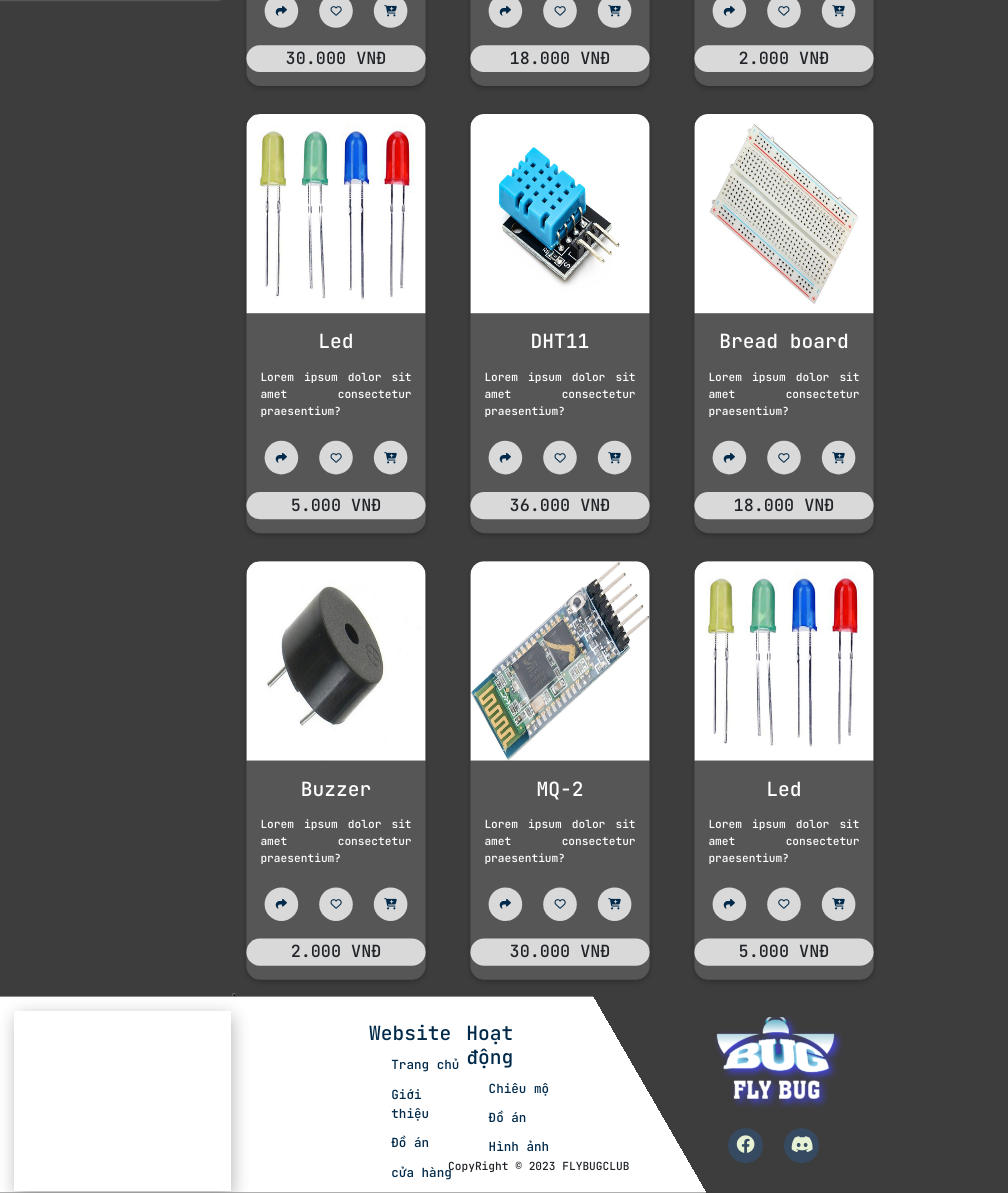
Repository: NQD2308/FlyBugClub_WebApp
Page: PROJECT FLYNUG/html/store.html
These files come from the project's save history. The page is drawn as it stood at one moment and after the next save; the edit follows.
The browser window is 1280 px wide. The page is 1440 px wide, so the pictures cover 1440 px, including what lies to the right of the window. The pictures show the part of the page from y = 974 to 2694 px (the page is 2678 px tall before and 2694 px after), at 70% of full size.
Pictures or frames that could not be fetched are drawn as grey boxes.

Above is the page before, as saved 2023-09-18 11:44:50.

### PROJECT FLYNUG/html/store.html
<html lang="en">

<head>
    <meta charset="UTF-8">
    <meta name="viewport" content="width=device-width, initial-scale=1.0">
    <title>Document</title>

    <!-- Bootrap 5 -->
    <link href="https://cdn.jsdelivr.net/npm/bootstrap@5.0.2/dist/css/bootstrap.min.css" rel="stylesheet" integrity="sha384-EVSTQN3/azprG1Anm3QDgpJLIm9Nao0Yz1ztcQTwFspd3yD65VohhpuuCOmLASjC" crossorigin="anonymous">

    <!-- Font awesome -->
    <link rel="stylesheet" href="https://cdnjs.cloudflare.com/ajax/libs/font-awesome/6.4.2/css/all.min.css" integrity="sha512-z3gLpd7yknf1YoNbCzqRKc4qyor8gaKU1qmn+CShxbuBusANI9QpRohGBreCFkKxLhei6S9CQXFEbbKuqLg0DA==" crossorigin="anonymous" referrerpolicy="no-referrer" />

    <!-- CSS -->
    <link rel="stylesheet" href="../css/style.css">
    <!-- Reset -->
    <link rel="stylesheet" href="../css/default_setting.css">

    <!-- JetBrains Mono font -->
    <link rel="preconnect" href="https://fonts.googleapis.com">
    <link rel="preconnect" href="https://fonts.gstatic.com" crossorigin>
    <link
        href="https://fonts.googleapis.com/css2?family=JetBrains+Mono:ital,wght@0,300;0,500;0,600;0,700;0,800;1,400&display=swap"
        rel="stylesheet">
</head>

<body>
    <!-- ========================
                #HEADER
        ========================-->
    <header>
        <div class="nav">
            <div class="nav__links">
                <ul class="nav__links-left">
                    <li><a class="active" href="#">Trang chủ</a></li>
                    <li><a href="#">Giới thiệu</li>
                    <li><a href="#">Đồ án</a></li>
                    <li><a href="#">Cửa hàng</a></li>
                </ul>
            </div>
            <div class="logo">
                <img src="../img/logo.png" alt="FlyBug logo">
            </div>
            <div class="nav__links">
                <ul class="nav__links-right">
                    <li><a href="#">Hình ảnh</a></li>
                    <li><a href="#">Chiêu mộ</a></li>
                    <li class="login"><a href="#">Đăng nhập</a></li>
                    <li class="login-Img">
                        <a href="#"><img src="../img/user.png" alt=""></a>
                    </li>
                </ul>
            </div>
        </div>
        <div class="text-logo">
            <img  src="../img/FLYBUG CLUB.png" alt="Photo logo">
        </div>
    </header>

    <section class="body">
        <div class="container">
            <div class="row">
                <div class="col col-md-3 left">
                    <div class="search">
                        <div class="store-note">
                            <p>Lorem ipsum dolor sit amet consectetur adipisicing elit. Dolorem placeat nobis aliquid culpa quasi vero ipsam pariatur quidem ex error, unde expedita minus aspernatur quos nihil, ad assumenda repellat alias.</p>
                        </div>
                        <div class="center">
                            <svg xmlns="http://www.w3.org/2000/svg" width="261" height="4" viewBox="0 0 261 4" fill="none">
                                <path d="M1 2.96216L260.993 0.99995" stroke="#3D3D3D" stroke-opacity="0.8"/>
                            </svg>
                        </div>
                        <div class="shopping-function">
                            <p>Kiểm tra giỏ hàng</p>
                            <div class="center ">
                                <button class="icon-shopping">
                                    <a href="#">
                                        <i class="fa-solid fa-cart-shopping"></i>
                                    </a>
                                </button>
                            </div>
                            <p>Hoặc tìm kiếm sản phẩm</p>
                            <div class="center">
                                <input type="text" placeholder="Tìm kiếm...">
                            </div>
                        </div>
                    </div>
                </div>
                <div class="col col-md-9 right">
                    <div class="store">
                        <h1>Cửa hàng</h1>
                        <div class="item-store">
                            <div class="row">
                                <div class="col col-md-4">
                                    <div class="item-card">
                                        <img src="../img/bluth.jpg" alt="Photo item store">
                                        <h3>MQ-2</h3>
                                        <p>Lorem ipsum dolor sit amet consectetur praesentium?</p>
                                        <div class="center icon-card">
                                            <button class="icon icon-share">
                                                <a href="#">
                                                    <i class="fa-solid fa-share"></i>
                                                </a>
                                            </button>
                                            <button class="icon icon-love">
                                                <a href="#">
                                                    <i class="fa-regular fa-heart"></i>
                                                </a>
                                            </button>
                                            <button class="icon icon-share">
                                                <a href="#">
                                                    <i class="fa-solid fa-cart-plus"></i>
                                                </a>
                                            </button>
                                        </div>
                                        <div class="center item-price">
                                            <h2>30.000 VNĐ</h2>
                                        </div>
                                    </div>
                                </div>
                                <div class="col col-md-4">
                                    <div class="item-card">
                                        <img src="../img/breadboard.jpg" alt="Photo item store">
                                        <h3>Bread board</h3>
                                        <p>Lorem ipsum dolor sit amet consectetur praesentium?</p>
                                        <div class="center icon-card">
                                            <button class="icon icon-share">
                                                <a href="#">
                                                    <i class="fa-solid fa-share"></i>
                                                </a>
                                            </button>
                                            <button class="icon icon-love">
                                                <a href="#">
                                                    <i class="fa-regular fa-heart"></i>
                                                </a>
                                            </button>
                                            <button class="icon icon-share">
                                                <a href="#">
                                                    <i class="fa-solid fa-cart-plus"></i>
                                                </a>
                                            </button>
                                        </div>
                                        <div class="center item-price">
                                            <h2>18.000 VNĐ</h2>
                                        </div>
                                    </div>
                                </div>
                                <div class="col col-md-4">
                                    <div class="item-card">
                                        <img src="../img/buzzer.jpg" alt="Photo item store">
                                        <h3>Buzzer</h3>
                                        <p>Lorem ipsum dolor sit amet consectetur praesentium?</p>
                                        <div class="center icon-card">
                                            <button class="icon icon-share">
                                                <a href="#">
                                                    <i class="fa-solid fa-share"></i>
                                                </a>
                                            </button>
                                            <button class="icon icon-love">
                                                <a href="#">
                                                    <i class="fa-regular fa-heart"></i>
                                                </a>
                                            </button>
                                            <button class="icon icon-share">
                                                <a href="#">
                                                    <i class="fa-solid fa-cart-plus"></i>
                                                </a>
                                            </button>
                                        </div>
                                        <div class="center item-price">
                                            <h2>2.000 VNĐ</h2>
                                        </div>
                                    </div>
                                </div>
                                <div class="col col-md-4">
                                    <div class="item-card">
                                        <img src="../img/led.jpg" alt="Photo item store">
                                        <h3>Led</h3>
                                        <p>Lorem ipsum dolor sit amet consectetur praesentium?</p>
                                        <div class="center icon-card">
                                            <button class="icon icon-share">
                                                <a href="#">
                                                    <i class="fa-solid fa-share"></i>
                                                </a>
                                            </button>
                                            <button class="icon icon-love">
                                                <a href="#">
                                                    <i class="fa-regular fa-heart"></i>
                                                </a>
                                            </button>
                                            <button class="icon icon-share">
                                                <a href="#">
                                                    <i class="fa-solid fa-cart-plus"></i>
                                                </a>
                                            </button>
                                        </div>
                                        <div class="center item-price">
                                            <h2>5.000 VNĐ</h2>
                                        </div>
                                    </div>
                                </div>
                                <div class="col col-md-4">
                                    <div class="item-card">
                                        <img src="../img/dht11.jpg" alt="Photo item store">
                                        <h3>DHT11</h3>
                                        <p>Lorem ipsum dolor sit amet consectetur praesentium?</p>
                                        <div class="center icon-card">
                                            <button class="icon icon-share">
                                                <a href="#">
                                                    <i class="fa-solid fa-share"></i>
                                                </a>
                                            </button>
                                            <button class="icon icon-love">
                                                <a href="#">
                                                    <i class="fa-regular fa-heart"></i>
                                                </a>
                                            </button>
                                            <button class="icon icon-share">
                                                <a href="#">
                                                    <i class="fa-solid fa-cart-plus"></i>
                                                </a>
                                            </button>
                                        </div>
                                        <div class="center item-price">
                                            <h2>36.000 VNĐ</h2>
                                        </div>
                                    </div>
                                </div>
                                <div class="col col-md-4">
                                    <div class="item-card">
                                        <img src="../img/breadboard.jpg" alt="Photo item store">
                                        <h3>Bread board</h3>
                                        <p>Lorem ipsum dolor sit amet consectetur praesentium?</p>
                                        <div class="center icon-card">
                                            <button class="icon icon-share">
                                                <a href="#">
                                                    <i class="fa-solid fa-share"></i>
                                                </a>
                                            </button>
                                            <button class="icon icon-love">
                                                <a href="#">
                                                    <i class="fa-regular fa-heart"></i>
                                                </a>
                                            </button>
                                            <button class="icon icon-share">
                                                <a href="#">
                                                    <i class="fa-solid fa-cart-plus"></i>
                                                </a>
                                            </button>
                                        </div>
                                        <div class="center item-price">
                                            <h2>18.000 VNĐ</h2>
                                        </div>
                                    </div>
                                </div>
                                <div class="col col-md-4">
                                    <div class="item-card">
                                        <img src="../img/buzzer.jpg" alt="Photo item store">
                                        <h3>Buzzer</h3>
                                        <p>Lorem ipsum dolor sit amet consectetur praesentium?</p>
                                        <div class="center icon-card">
                                            <button class="icon icon-share">
                                                <a href="#">
                                                    <i class="fa-solid fa-share"></i>
                                                </a>
                                            </button>
                                            <button class="icon icon-love">
                                                <a href="#">
                                                    <i class="fa-regular fa-heart"></i>
                                                </a>
                                            </button>
                                            <button class="icon icon-share">
                                                <a href="#">
                                                    <i class="fa-solid fa-cart-plus"></i>
                                                </a>
                                            </button>
                                        </div>
                                        <div class="center item-price">
                                            <h2>2.000 VNĐ</h2>
                                        </div>
                                    </div>
                                </div>
                                <div class="col col-md-4">
                                    <div class="item-card">
                                        <img src="../img/bluth.jpg" alt="Photo item store">
                                        <h3>MQ-2</h3>
                                        <p>Lorem ipsum dolor sit amet consectetur praesentium?</p>
                                        <div class="center icon-card">
                                            <button class="icon icon-share">
                                                <a href="#">
                                                    <i class="fa-solid fa-share"></i>
                                                </a>
                                            </button>
                                            <button class="icon icon-love">
                                                <a href="#">
                                                    <i class="fa-regular fa-heart"></i>
                                                </a>
                                            </button>
                                            <button class="icon icon-share">
                                                <a href="#">
                                                    <i class="fa-solid fa-cart-plus"></i>
                                                </a>
                                            </button>
                                        </div>
                                        <div class="center item-price">
                                            <h2>30.000 VNĐ</h2>
                                        </div>
                                    </div>
                                </div>
                                <div class="col col-md-4">
                                    <div class="item-card">
                                        <img src="../img/led.jpg" alt="Photo item store">
                                        <h3>Led</h3>
                                        <p>Lorem ipsum dolor sit amet consectetur praesentium?</p>
                                        <div class="center icon-card">
                                            <button class="icon icon-share">
                                                <a href="#">
                                                    <i class="fa-solid fa-share"></i>
                                                </a>
                                            </button>
                                            <button class="icon icon-love">
                                                <a href="#">
                                                    <i class="fa-regular fa-heart"></i>
                                                </a>
                                            </button>
                                            <button class="icon icon-share">
                                                <a href="#">
                                                    <i class="fa-solid fa-cart-plus"></i>
                                                </a>
                                            </button>
                                        </div>
                                        <div class="center item-price">
                                            <h2>5.000 VNĐ</h2>
                                        </div>
                                    </div>
                                </div>
                            </div>
                        </div>
                        <div class="pagination">
                            <button class="btn1"></button>
                        </div>
                    </div>
                </div>
            </div>
        </div>
    </section>

 <!-- ========================
                #FOOTER
        ========================-->
    <footer class="footer">
        <div class="footer-left">
            <iframe class="ggmap" src="https://www.google.com/maps/embed?pb=!1m18!1m12!1m3!1d15678.190787267133!2d106.64595238715819!3d10.769299600000005!2m3!1f0!2f0!3f0!3m2!1i1024!2i768!4f13.1!3m3!1m2!1s0x31752f7c8bf050ff%3A0x4fa87595d124cc0c!2zVHLGsOG7nW5nIMSQ4bqhaSBo4buNYyBIb2EgU2VuIC0gQ8ahIHPhu58gVGjDoG5oIFRow6Fp!5e0!3m2!1svi!2s!4v1691345035899!5m2!1svi!2s" width="500" height="250" style="border:1;" allowfullscreen="" loading="lazy" referrerpolicy="no-referrer-when-downgrade"></iframe>
        </div>
        <ul class="footer-center">
            <li>
                <h3>Website</h3>

                <ul class="box">
                    <li><a href="#">Trang chủ</a></li>
                    <li><a href="#">Giới thiệu</a></li>
                    <li><a href="#">Đồ án</a></li>
                    <li><a href="#">cửa hàng</a></li>
                </ul>
            </li>
            <li>
                <h3>Hoạt động</h3>

                <ul class="box">
                    <li><a href="#">Chiêu mộ</a></li>
                    <li><a href="#">Đồ án</a></li>
                    <li><a href="#">Hình ảnh</a></li>
                </ul>
            </li>
        </ul>
        <div class="footer-right">
            <div class="img-logo">
                <img src="../img/flybug.png" alt="">
            </div>
            <div class="socials">
                <a href="#"><i class="fa-brands fa-facebook"></i></a>
                <a href="#"><i class="fa-brands fa-discord"></i></a>
            </div>
        </div>

        <div class="footer-bottom">
            <p>CopyRight &copy; 2023 FLYBUGCLUB</p>
        </div>
    </footer>

</body>

</html>

Loaded but not shown: PROJECT FLYNUG/css/style.css (387 lines, source omitted); PROJECT FLYNUG/css/default_setting.css (84 lines, source omitted)

After the next save:
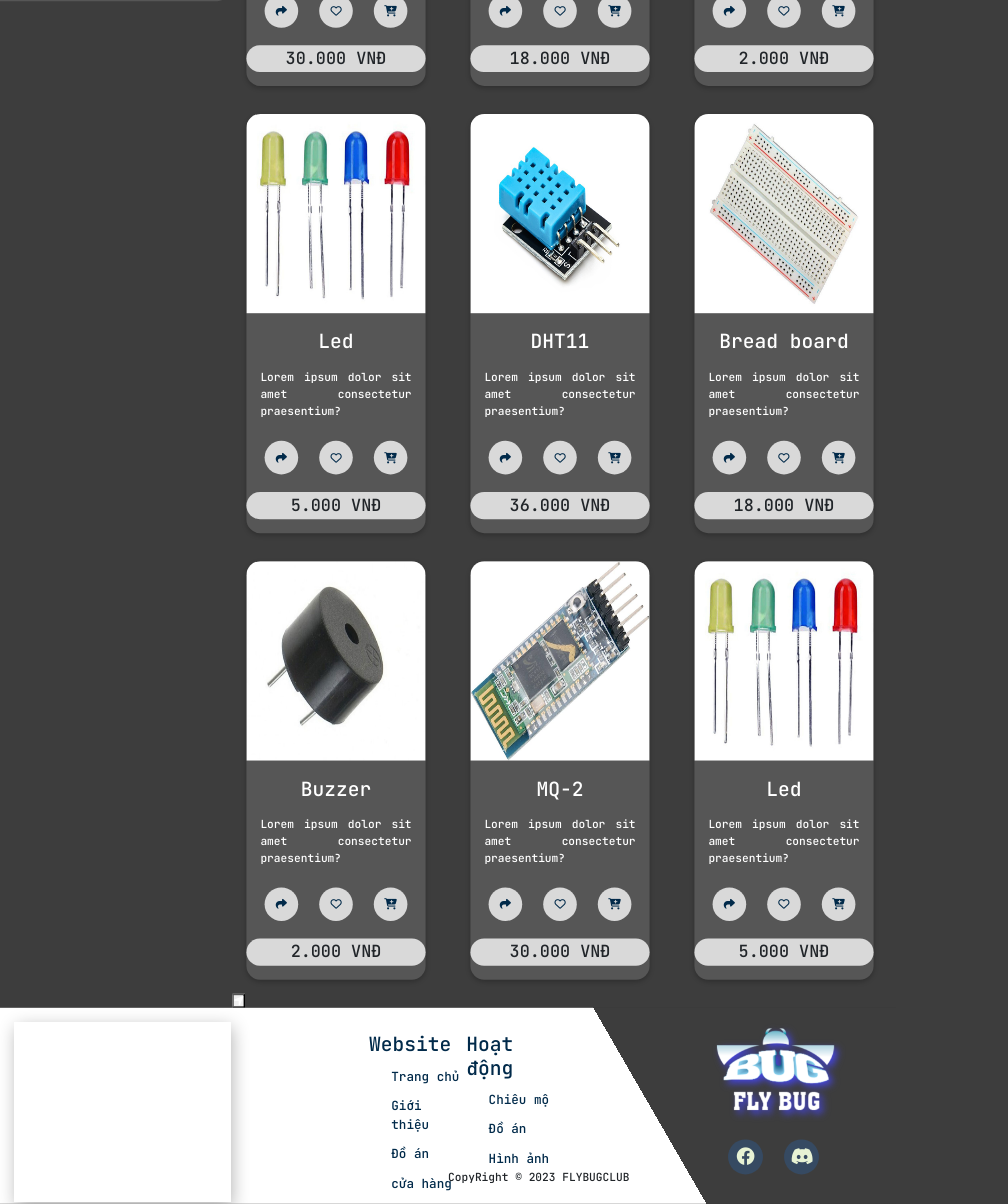
Saved 101 s later.
--- a/PROJECT FLYNUG/html/store.html
+++ b/PROJECT FLYNUG/html/store.html
@@ -337,7 +337,9 @@
                             </div>
                         </div>
                         <div class="pagination">
-                            <button class="btn1"></button>
+                            <button class="btn1">
+                                <i class="fa-solid fa-location-arrow"></i>
+                            </button>
                         </div>
                     </div>
                 </div>
